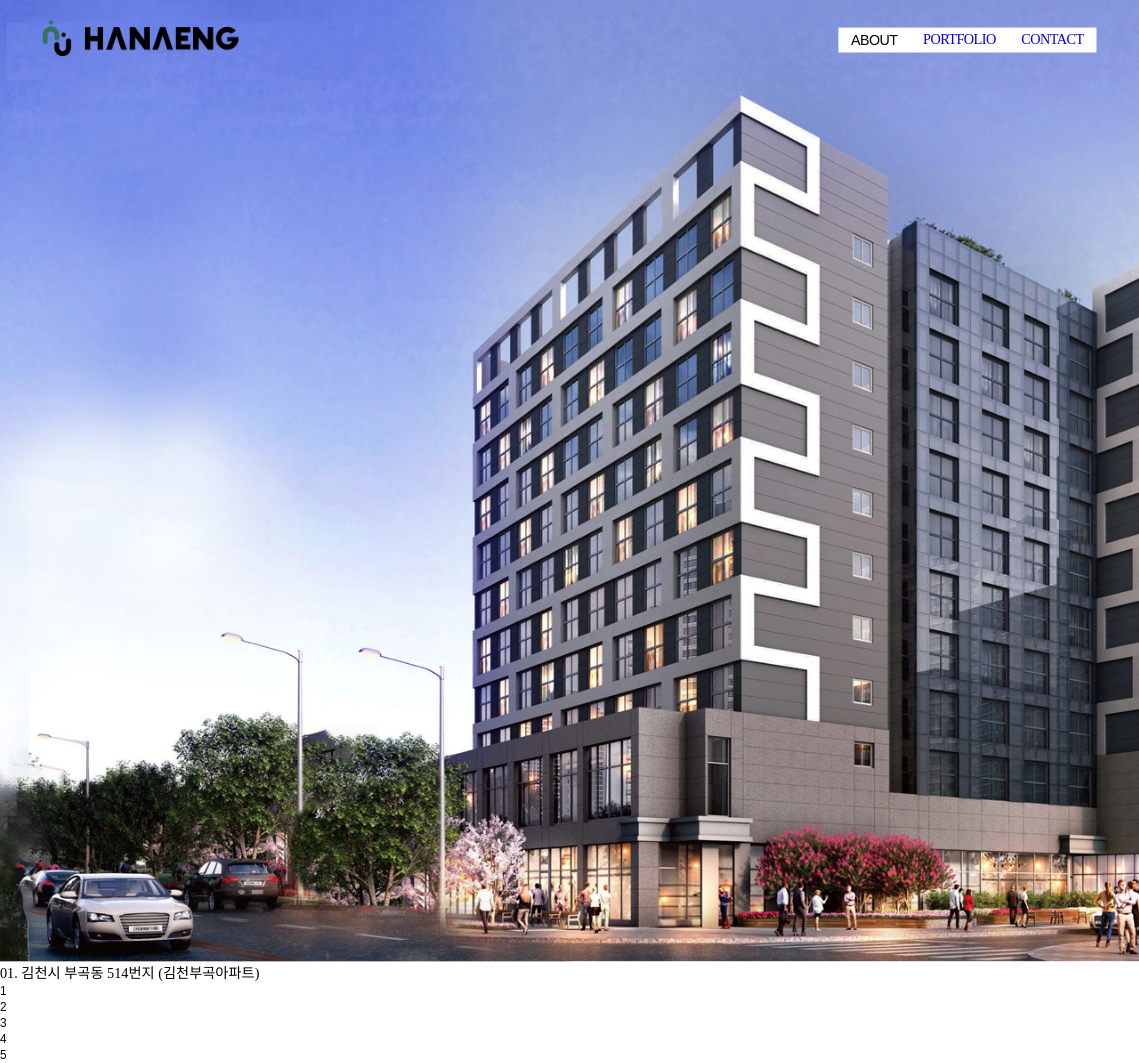
Repository: makeditWeb/hanaenc
Page: main.html
An editor plug-in stored every save of this project. The page is shown before and after the next save, followed by the edit.
The browser window is 1280 px wide. The pictures show the whole page, at 89% of full size.
Some web libraries are served in a nearby version.

Above is the page before, as saved 2023-07-05 17:11:33.

### main.html
<!DOCTYPE html>
<html lang="en">
<head>
    <meta charset="UTF-8">
    <meta name="viewport" content="width=device-width, initial-scale=1.0">
    <title>Document</title>

    <link rel="stylesheet" href="./css/style.css">

    <link rel="stylesheet" type="text/css" href="//cdn.jsdelivr.net/npm/slick-carousel@1.8.1/slick/slick.css"/>
</head>
<body>
    <header id="nav-menu" aria-label="navigation bar">
        <div class="container">
            <div class="nav-start">
                <a class="logo" href="/">
                    <img src="./image/logo_b.png"alt="Logo" />
                </a>

            </div>



            <div class="nav-end">
                <nav class="menu">
                    <ul class="menu-bar">
                        <li>
                            <button class="nav-link dropdown-btn" data-dropdown="dropdown1" aria-haspopup="true"
                                aria-expanded="false" aria-label="discover">
                                ABOUT
                            </button>
                            <div id="dropdown1" class="dropdown">
                                <ul role="menu">
                                    <li>
                                        <span class="dropdown-link-title">Browse Categories</span>
                                    </li>
                                    <li role="menuitem">
                                        <a class="dropdown-link" href="#branding">Branding</a>
                                    </li>
                                    <li role="menuitem">
                                        <a class="dropdown-link" href="#illustrations">Illustration</a>
                                    </li>
                                </ul>
                            </div>
                        </li>
                        <li><a class="nav-link" href="/">PORTFOLIO</a></li>
                        <li><a class="nav-link" href="/">CONTACT</a></li>
                    </ul>
                </nav>
                <button id="hamburger" aria-label="hamburger" aria-haspopup="true" aria-expanded="false">
                    <i class="bx bx-menu" aria-hidden="true"></i>
                </button>
            </div>
        </div>
    </header>

    <section class="main">
        <div class="main-slide-wrap">
            <div class="main-slide">
                <img src="./image/main_slide1.jpg" alt="slide1">
                <p class="slide_title">01. 김천시 부곡동 514번지 (김천부곡아파트)</p>
            </div>
            <div class="main-slide">
                <img src="./image/main_slide2.jpg" alt="slide1">
                <p class="slide_title">01. 김천시 부곡동 514번지 (김천부곡아파트)</p>
            </div>
            <div class="main-slide">
                <img src="./image/main_slide3.jpg" alt="slide1">
                <p class="slide_title">01. 김천시 부곡동 514번지 (김천부곡아파트)</p>
            </div>
            <div class="main-slide">
                <img src="./image/main_slide4.jpg" alt="slide1">
                <p class="slide_title">01. 김천시 부곡동 514번지 (김천부곡아파트)</p>
            </div>
            <div class="main-slide">
                <img src="./image/main_slide5.jpg" alt="slide1">
                <p class="slide_title">01. 김천시 부곡동 514번지 (김천부곡아파트)</p>
            </div>
        </div>
    </section>
</body>

<script type="text/javascript" src="//code.jquery.com/jquery-1.11.0.min.js"></script>
<script type="text/javascript" src="//cdn.jsdelivr.net/npm/slick-carousel@1.8.1/slick/slick.min.js"></script>
<script src="./js/main.js"></script>

<script>
    $(document).ready(function () {
        $('.main-slide-wrap').slick({
            infinite: true,
            slidesToShow: 1,
            dots: true,
            arrows:false,
        });
    });
</script>
</html>

### css/style.css
* {
    margin: 0;
    padding: 0;
    box-sizing: border-box;
}

:root {
    --dark-grey: #333333;
    --medium-grey: #636363;
    --light-grey: #eeeeee;
    --ash: #f4f4f4;
    --primary-color: #2b72fb;
    --white: white;
    --border: 1px solid var(--light-grey);
    --shadow: rgba(0, 0, 0, 0.05) 0px 6px 24px 0px,
        rgba(0, 0, 0, 0.08) 0px 0px 0px 1px;
}

body {
    font-family: inherit;

}

ul {
    list-style: none;
}

a {
    text-decoration: none;
}

button {
    border: none;
    background-color: transparent;
    cursor: pointer;
}

.btn {
    display: block;
    background-color: var(--primary-color);
    color: var(--white);
    text-align: center;
    padding: 0.6rem 1.4rem;
    font-size: 1rem;
    font-weight: 500;
    border-radius: 5px;
}


.logo {
    width: 220px;
    height: auto;
}

.logo img{
    width: 100%;
    height: 100%;
}

#nav-menu {
    background-color: transparent;
    position: fixed;
    top: 0;
    left: 0;
    height: 100px;
    width: 100%;
    z-index: 9;
}

.container {
    display: flex;
    align-items: center;
    justify-content: space-between;
    column-gap: 2rem;
    height: 90px;
    padding: 1.2rem 3rem;
}

.menu {
    position: relative;
    background: var(--white);
}



.menu-bar li:first-child ul:nth-child(1) {
    border-right: var(--border);
}

.menu-bar li:nth-child(n + 2) ul:nth-child(1) {
    border-bottom: var(--border);
}

.menu-bar .dropdown-link-title {
    font-weight: 600;
}

.menu-bar .nav-link {
    font-size: 1rem;
    font-weight: 500;
    letter-spacing: -0.6px;
    padding: 0.3rem;
    min-width: 60px;
    margin: 0 0.6rem;
}

.menu-bar .nav-link:hover,
.dropdown-link:hover {
    color: var(--primary-color);
}

.nav-start,
.nav-end,
.menu-bar,
.right-container,
.right-container .search {
    display: flex;
    align-items: center;
}

.dropdown {
    display: flex;
    flex-direction: column;
    min-width: 230px;
    background-color: var(--white);
    border-radius: 10px;
    position: absolute;
    top: 36px;
    z-index: 1;
    visibility: hidden;
    opacity: 0;
    transform: scale(0.97) translateX(-5px);
    transition: 0.1s ease-in-out;
    box-shadow: var(--shadow);
}

.dropdown.active {
    visibility: visible;
    opacity: 1;
    transform: scale(1) translateX(5px);
}

.dropdown ul {
    display: flex;
    flex-direction: column;
    gap: 0.5rem;
    padding: 1.2rem;
    font-size: 0.95rem;
}

.dropdown-btn {
    display: flex;
    align-items: center;
    justify-content: space-between;
    gap: 0.15rem;
}

.dropdown-link {
    display: flex;
    gap: 0.5rem;
    padding: 0.5rem 0;
    border-radius: 7px;
    transition: 0.1s ease-in-out;
}

.dropdown-link p {
    font-size: 0.8rem;
    color: var(--medium-grey);
}

.right-container {
    display: flex;
    align-items: center;
    column-gap: 1rem;
}

.right-container .search {
    position: relative;
}

.right-container img {
    border-radius: 50%;
}

.search input {
    background-color: var(--ash);
    border: none;
    border-radius: 6px;
    padding: 0.7rem;
    padding-left: 2.4rem;
    font-size: 16px;
    width: 100%;
    border: var(--border);
}

.search .bx-search {
    position: absolute;
    left: 10px;
    top: 50%;
    font-size: 1.3rem;
    transform: translateY(-50%);
    opacity: 0.6;
}

#hamburger {
    display: none;
    padding: 0.1rem;
    margin-left: 1rem;
    font-size: 1.9rem;
}

@media (max-width: 1100px) {
    #hamburger {
        display: block;
    }

    .container {
        padding: 1.2rem;
    }

    .menu {
        display: none;
        position: absolute;
        top: 87px;
        left: 0;
        min-height: 100vh;
        width: 100vw;
    }

    .menu-bar li:first-child ul:nth-child(1) {
        border-right: none;
        border-bottom: var(--border);
    }

    .dropdown {
        display: none;
        min-width: 100%;
        border: none !important;
        border-radius: 5px;
        position: static;
        top: 0;
        left: 0;
        visibility: visible;
        opacity: 1;
        transform: none;
        box-shadow: none;
    }

    .menu.show,
    .dropdown.active {
        display: block;
    }

    .dropdown ul {
        padding-left: 0.3rem;
    }

    .menu-bar {
        display: flex;
        flex-direction: column;
        align-items: stretch;
        row-gap: 1rem;
        padding: 1rem;
    }

    .menu-bar .nav-link {
        display: flex;
        justify-content: space-between;
        width: 100%;
        font-weight: 600;
        font-size: 1.2rem;
        margin: 0;
    }

    .menu-bar li:first-child .dropdown {
        min-width: 100%;
    }

    .menu-bar>li:not(:last-child) {
        padding-bottom: 0.5rem;
        border-bottom: var(--border);
    }
}

@media (max-width: 600px) {
    .right-container {
        display: none;
    }
}

### js/main.js


// main

const dropdownBtn = document.querySelectorAll(".dropdown-btn");
const dropdown = document.querySelectorAll(".dropdown");
const hamburgerBtn = document.getElementById("hamburger");
const navMenu = document.querySelector(".menu");
const links = document.querySelectorAll(".dropdown a");

function setAriaExpandedFalse() {
  dropdownBtn.forEach((btn) => btn.setAttribute("aria-expanded", "false"));
}

function closeDropdownMenu() {
  dropdown.forEach((drop) => {
    drop.classList.remove("active");
    drop.addEventListener("click", (e) => e.stopPropagation());
  });
}

function toggleHamburger() {
  navMenu.classList.toggle("show");
}

dropdownBtn.forEach((btn) => {
  btn.addEventListener("click", function (e) {
    const dropdownIndex = e.currentTarget.dataset.dropdown;
    const dropdownElement = document.getElementById(dropdownIndex);

    dropdownElement.classList.toggle("active");
    dropdown.forEach((drop) => {
      if (drop.id !== btn.dataset["dropdown"]) {
        drop.classList.remove("active");
      }
    });
    e.stopPropagation();
    btn.setAttribute(
      "aria-expanded",
      btn.getAttribute("aria-expanded") === "false" ? "true" : "false"
    );
  });
});

// close dropdown menu when the dropdown links are clicked
links.forEach((link) =>
  link.addEventListener("click", () => {
    closeDropdownMenu();
    setAriaExpandedFalse();
    toggleHamburger();
  })
);

// close dropdown menu when you click on the document body
document.documentElement.addEventListener("click", () => {
  closeDropdownMenu();
  setAriaExpandedFalse();
});

// close dropdown when the escape key is pressed
document.addEventListener("keydown", (e) => {
  if (e.key === "Escape") {
    closeDropdownMenu();
    setAriaExpandedFalse();
  }
});

// toggle hamburger menu
hamburgerBtn.addEventListener("click", toggleHamburger);

After the next save:
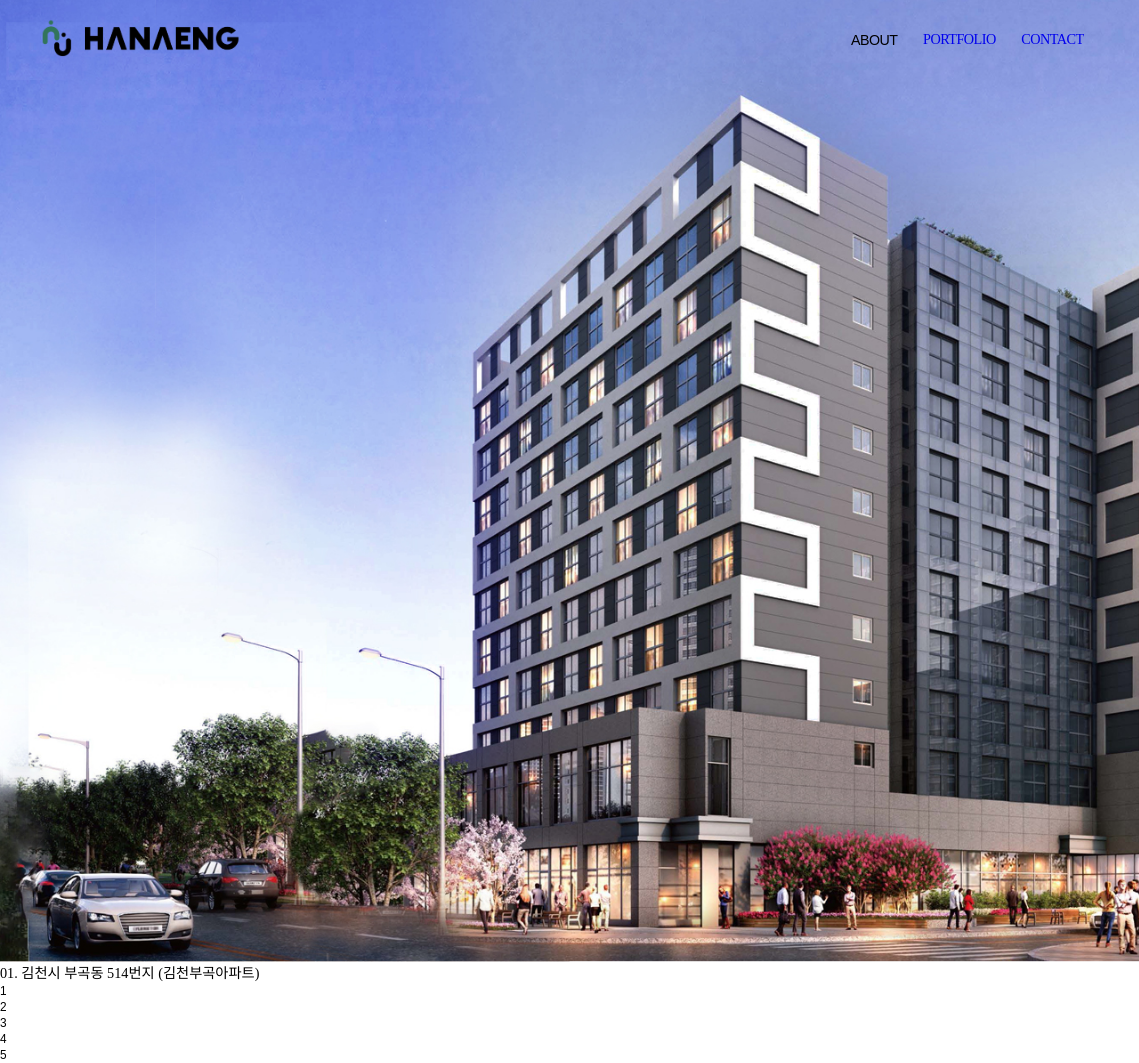
Saved 94 s later.
--- a/css/style.css
+++ b/css/style.css
@@ -78,7 +78,6 @@
 
 .menu {
     position: relative;
-    background: var(--white);
 }
 
 
